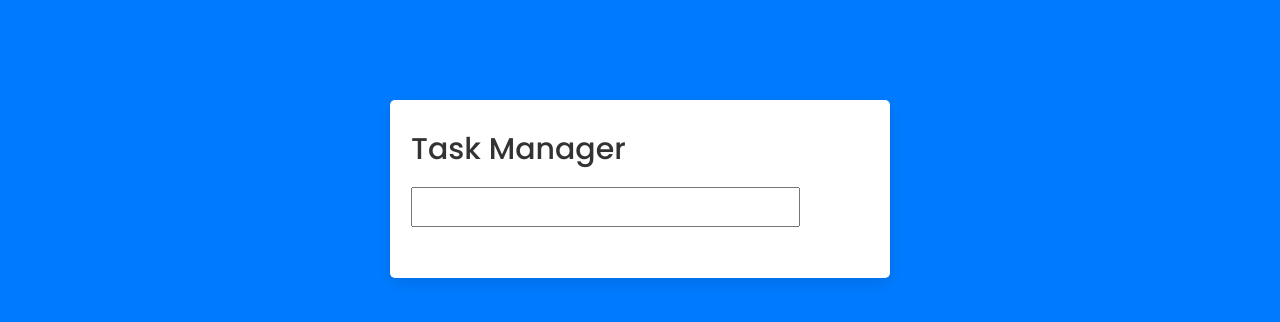
Repository: lucas-andedi/mern-task-manager-app-backend
Page: / (app in frontend/)
An editor plug-in stored every save of this project. The page is shown before and after a run of saves, followed by the edit.
The browser window is 1280 px wide. The pictures show the whole page.
The project was rebuilt for these pictures with package versions that can differ from the ones it lists, and the page was loaded fresh each time.

Above is the page before, as saved 2022-11-28 13:03:00.

After the next 2 saves:
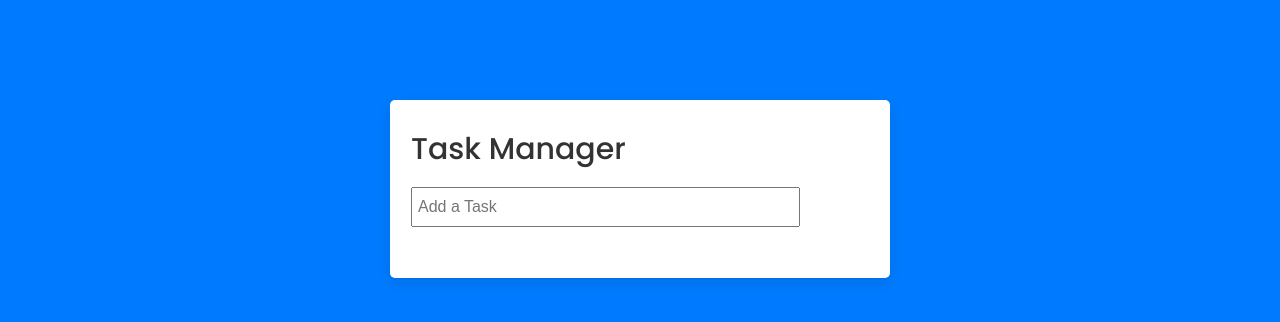
The 2 saves are shown as one change because they came seconds apart.
The last was saved 7 s later.
--- a/frontend/src/components/TaskForm.js
+++ b/frontend/src/components/TaskForm.js
@@ -3,7 +3,7 @@
 const TaskForm = () => {
   return (
     <form action="" className="task-form">
-        <input type="text" placeholder="" />
+        <input type="text" placeholder="Add a Task" name />
 
     </form>
   )
